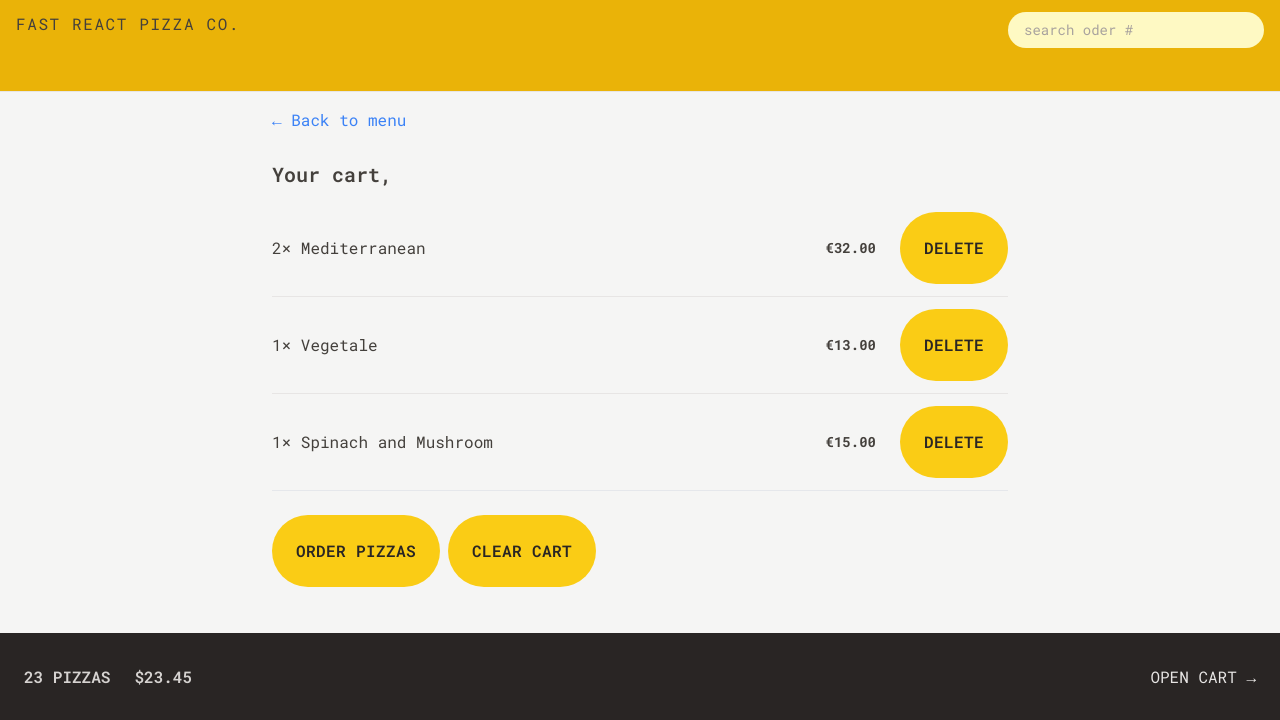
Repository: ayakhaled0001/pizza-delivery
Page: /cart
These files come from the project's save history. The page is drawn as it stood at one moment and after the next save; the edit follows.
The browser window is 1280 px wide. The pictures show the whole page.
The project was rebuilt for these pictures with package versions that can differ from the ones it lists, and the page was loaded fresh each time. Also part of the build but not shown: vite.config.js, src/features/user/UserName.jsx, src/features/user/CreateUser.jsx, src/ui/Home.jsx, src/services/apiRestaurant.jsx, src/features/menu/MenuItem.jsx, src/features/menu/Menu.jsx, src/features/order/OrderItem.jsx and 3 more. Imported but missing from the stored project, and not drawn on this page: src/features/order/CreateOrder.

Above is the page before, as saved 2025-05-08 22:05:20.

After the next save:
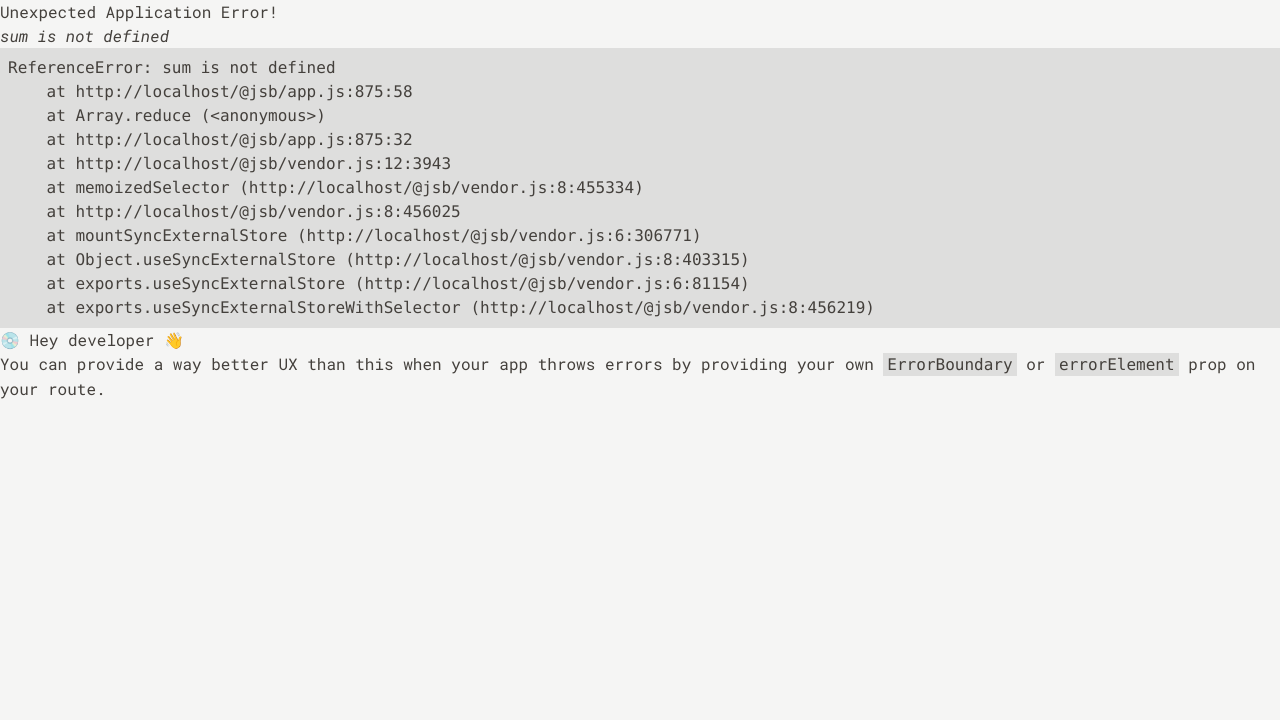
Saved 2 min 19 s later.
--- a/src/features/cart/CartOverview.jsx
+++ b/src/features/cart/CartOverview.jsx
@@ -2,7 +2,9 @@
 import { Link } from "react-router-dom";
 
 function CartOverview() {
-  const x = useSelector((state) => state.cart.cart);
+  const x = useSelector((state) =>
+    state.cart.cart.reduce((Sum, item) => sum + item.quantity, 0)
+  );
   return (
     <div
       className="bg-stone-800 text-stone-200 uppercase p-4 sm:px-6 px-4 py-4

After the save that followed:
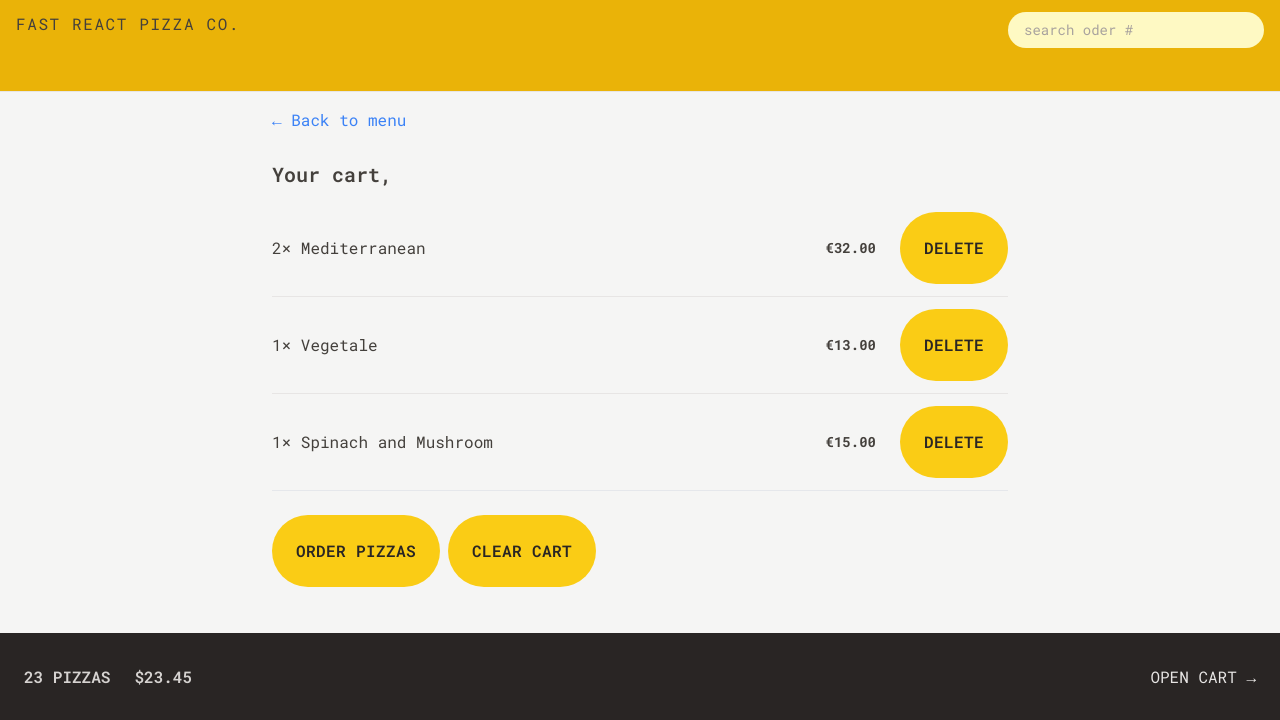
Saved 6 s later.
--- a/src/features/cart/CartOverview.jsx
+++ b/src/features/cart/CartOverview.jsx
@@ -3,7 +3,7 @@
 
 function CartOverview() {
   const x = useSelector((state) =>
-    state.cart.cart.reduce((Sum, item) => sum + item.quantity, 0)
+    state.cart.cart.reduce((sum, item) => sum + item.quantity, 0)
   );
   return (
     <div
